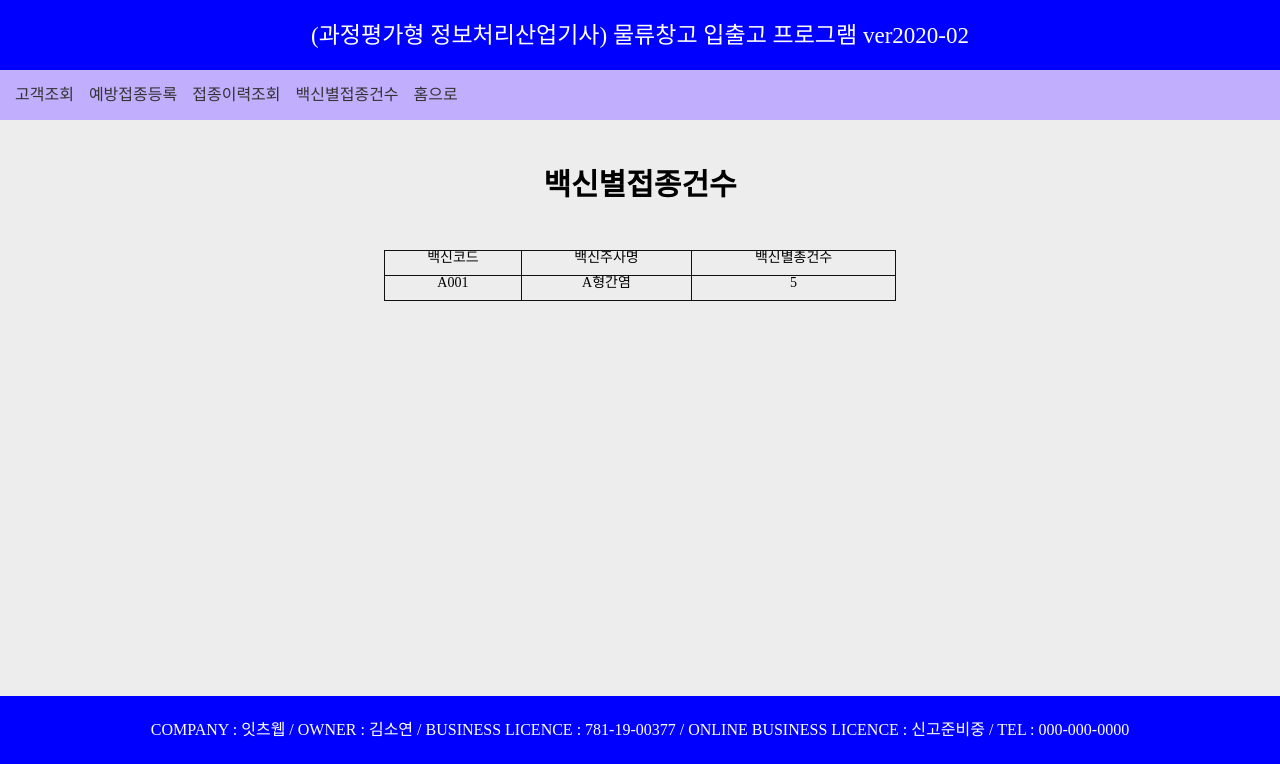
Repository: myeongwoo95/Engineer-Information-Processing
Page: http://localhost/Vaccination/vaccinationlist.do
An editor plug-in stored every save of this project. The page is shown before and after the next save, followed by the edit.
The browser window is 1280 px wide. The pictures show the whole page.
The page is served by Tomcat 9. Other server files are loaded and not shown.

Above is the page before, as saved 2021-06-30 02:42:14.

### Vaccination/src/main/webapp/vaccinationlist.jsp
<%@ page language="java" contentType="text/html; charset=UTF-8"
    pageEncoding="UTF-8"%>

<!DOCTYPE html>
<html>
<head>
	<meta charset="UTF-8">
    <meta http-equiv="X-UA-Compatible" content="IE=edge">
    <meta name="viewport" content="width=device-width, initial-scale=1.0">

    <link rel="stylesheet" href="css/reset.css">
	<link rel="stylesheet" href="css/common.css">
	<link rel="stylesheet" href="css/main.css">

	<title>백신별접종건수</title>
</head>
<body>
	<%@include file="header.jsp"%>

	<section class="main-section saleslist-section">
		<h1>백신별접종건수</h1>
		<table>
			<tr>
				<th>백신코드</th>
				<th>백신주사명</th>
				<th>백신별총건수</th>
			</tr>

			<tr>
				<td>A001</td>
				<td>A형간염</td>
				<td>5</td>
			</tr>

		</table>
	</section>

	<%@include file="footer.jsp"%>

</body>
</html>

### Vaccination/src/main/webapp/header.jsp
<%@ page language="java" contentType="text/html; charset=UTF-8"
    pageEncoding="UTF-8"%>
<%@ taglib uri="http://java.sun.com/jsp/jstl/core" prefix="c"%>
<%@ taglib uri="http://java.sun.com/jsp/jstl/fmt" prefix="fmt"%>
<%@ taglib uri="http://java.sun.com/jsp/jstl/functions" prefix="fn"%>

<header class="index-header">
	<h1>(과정평가형 정보처리산업기사) 물류창고 입출고 프로그램 ver2020-02</h1>
	<ul class="index-ul">
		<li><a href="view.do">고객조회</a></li>
		<li><a href="insert.do">예방접종등록</a></li>
		<li><a href="vaccinationlist.do">접종이력조회</a></li>
		<li><a href="vaccinelist.do">백신별접종건수</a></li>
		<li><a href="index.do">홈으로</a></li>
	</ul>
</header>

### Vaccination/src/main/webapp/footer.jsp
<%@ page language="java" contentType="text/html; charset=UTF-8"
    pageEncoding="UTF-8"%>

<footer class="index-footer">
	COMPANY : 잇츠웹 / OWNER : 김소연 / BUSINESS LICENCE : 781-19-00377 / ONLINE BUSINESS LICENCE : 신고준비중 / TEL : 000-000-0000
</footer>

### Vaccination/src/main/java/Controller/Controller.java
package Controller;

import java.io.IOException;

import javax.servlet.RequestDispatcher;
import javax.servlet.ServletException;
import javax.servlet.annotation.WebServlet;
import javax.servlet.http.HttpServlet;
import javax.servlet.http.HttpServletRequest;
import javax.servlet.http.HttpServletResponse;

@WebServlet("*.do")
public class Controller extends HttpServlet {
	private static final long serialVersionUID = 1L;
    public Controller() {
        super();
    }

	protected void doGet(HttpServletRequest request, HttpServletResponse response) throws ServletException, IOException {
		executeDO(request, response);
	}

	protected void doPost(HttpServletRequest request, HttpServletResponse response) throws ServletException, IOException {
		executeDO(request, response);
	}

	protected void executeDO(HttpServletRequest request, HttpServletResponse response) throws ServletException, IOException {
		String url = request.getRequestURI();
		String conText = request.getContextPath();
		String doExe = url.substring(conText.length());

		String viewPage = null;

		switch(doExe) {
		case "/index.do":
			viewPage = "index.jsp";
			break;

		case "/view.do":
			viewPage = "view.jsp";
			break;

		case "/insert.do":
			viewPage = "insert.jsp";
			break;

		case "/vaccinelist.do":
			viewPage = "vaccinelist.jsp";
			break;

		case "/vaccinationlist.do":
			viewPage = "vaccinationlist.jsp";
			break;


		}



		if(viewPage != null) {
			RequestDispatcher rd = request.getRequestDispatcher(viewPage);
			rd.forward(request, response);
		}

	}

}

### Vaccination/src/main/webapp/css/reset.css
@charset "UTF-8";

/* http://meyerweb.com/eric/tools/css/reset/
   v2.0 | 20110126
   License: none (public domain)
*/

html, body, div, span, applet, object, iframe,
h1, h2, h3, h4, h5, h6, p, blockquote, pre,
a, abbr, acronym, address, big, cite, code,
del, dfn, em, img, ins, kbd, q, s, samp,
small, strike, tt, var,
b, u, i, center,
dl, dt, dd, ol, ul, li,
fieldset, form, label, legend,
table, caption, tbody, tfoot, thead, tr, th, td,
article, aside, canvas, details, embed,
figure, figcaption, footer, header, hgroup,
menu, nav, output, ruby, section, summary,
time, mark, audio, video {
    margin: 0;
    padding: 0;
    border: 0;
    font-size: 100%;
    font: inherit;
    vertical-align: baseline;
}

/* HTML5 display-role reset for older browsers */
article, aside, details, figcaption, figure,
footer, header, hgroup, menu, nav, section {
    display: block;
}
body {
    line-height: 1;
}
ol, ul {
    list-style: none;
}
blockquote, q {
    quotes: none;
}
blockquote:before, blockquote:after,
q:before, q:after {
    content: '';
    content: none;
}
table {
    border-collapse: collapse;
    border-spacing: 0;
}

### Vaccination/src/main/webapp/css/common.css
/*================================================================
# margin
=================================================================*/
.mr-5 {margin-right: 5px;}
.ml-5 {margin-left: 5px;}
.mt-5 {margin-top: 5px;}
.mb-5 {margin-bottom: 5px;}
.mr-10 {margin-right: 10px;}
.ml-10 {margin-left: 10px;}
.mt-10 {margin-top: 10px;}
.mb-10 {margin-bottom: 10px;}
.mr-15 {margin-right: 15px;}
.ml-15 {margin-left: 15px;}
.mt-15 {margin-top: 15px;}
.mb-15 {margin-bottom: 15px;}
.mr-20 { margin-right: 20px;}
.ml-20 {margin-left: 20px;}
.mt-20 {margin-top: 20px;}
.mb-20 {margin-bottom: 20px;}
.mr-25 {margin-right: 25px;}
.ml-25 {margin-left: 25px;}
.mt-25 {margin-top: 25px;}
.mb-25 {margin-bottom: 25px;}
.mr-30 {margin-right: 30px;}
.ml-30 {margin-left: 30px;}
.mt-30 {margin-top: 30px;}
.mb-30 {margin-bottom: 30px;}
.mr-35 {margin-right: 35px;}
.ml-35 {margin-left: 35px;}
.mt-35 {margin-top: 35px;}
.mb-35 {margin-bottom: 35px;}
.mr-40 {margin-right: 40px;}
.ml-40 {margin-left: 40px;}
.mt-40 {margin-top: 40px;}
.mb-40 {margin-bottom: 40px;}
.mr-45 {margin-right: 45px;}
.ml-45 { margin-left: 45px;}
.mt-45 {margin-top: 45px;}
.mb-45 {margin-bottom: 45px;}
.mr-50 {margin-right: 50px;}
.ml-50 {margin-left: 50px;}
.mt-50 {margin-top: 50px;}
.mb-50 {margin-bottom: 50px;}
.mr-55 {margin-right: 55px;}
.ml-55 {margin-left: 55px;}
.mt-55 {margin-top: 55px;}
.mb-55 {margin-bottom: 55px;}
.mr-60 {margin-right: 60px;}
.ml-60 {margin-left: 60px;}
.mt-60 {margin-top: 60px;}
.mb-60{margin-bottom: 60;}
.mr-65 {margin-right: 65px;}
.ml-65 {margin-left: 65px;}
.mt-65 {margin-top: 65px;}
.mb-65 {margin-bottom: 65px;}
.mr-70 {margin-right: 70px;}
.ml-70 {margin-left: 70px;}
.mt-70 {margin-top: 70px;}
.mb-70 {margin-bottom: 70px;}
.mr-75 {margin-right: 75px;}
.ml-75 {margin-left: 75px;}
.mt-75 {margin-top: 75px;}
.mb-75 {margin-bottom: 75px;}
.mr-80 {margin-right: 80px;}
.ml-80 {margin-left: 80px;}
.mt-80 {margin-top: 80px;}
.mb-80 {margin-bottom: 80px;}
.mr-85 {margin-right: 85px;}
.ml-85 {margin-left: 85px;}
.mt-85 {margin-top:85px;}
.mb-85 {margin-bottom: 85px;}
.mr-90 {margin-right: 90px;}
.ml-90 {margin-left: 90px;}
.mt-90 {margin-top:90px;}
.mb-90 {margin-bottom: 90px;}
.mr-95 {margin-right: 95px;}
.ml-95 {margin-left: 95px;}
.mt-95 {margin-top: 95px;}
.mb-95 {margin-bottom: 95px;}
.mr-100 {margin-right: 100px;}
.ml-100 {margin-left: 100px;}
.mt-100 {margin-top: 100px;}
.mb-100 {margin-bottom: 100px;}
.mr-110 {margin-right: 110px;}
.ml-110 {margin-left: 110px;}
.mt-110 {margin-top:110px;}
.mb-110 {margin-bottom: 110px;}
.mr-120 {margin-right: 120px;}
.ml-120 {margin-left: 120px;}
.mt-120 {margin-top: 120px;}
.mb-120 {margin-bottom: 120px;}
.mr-130 {margin-right: 130px;}
.ml-130 {margin-left: 130px;}
.mt-130 {margin-top: 130px;}
.mb-130 {margin-bottom: 130px;}
.mr-140 {margin-right: 140px;}
.ml-140 {margin-left: 140px;}
.mt-140 {margin-top:140px;}
.mb-140 {margin-bottom: 140px;}
.mr-150 {margin-right: 150px;}
.ml-150 {margin-left: 150px;}
.mt-150 {margin-top: 150px;}
.mb-150 {margin-bottom: 150px;}
.mr-160 {margin-right: 160px;}
.ml-160 {margin-left: 160px;}
.mt-160 {margin-top:160px;}
.mb-160 {margin-bottom: 160px;}
.mr-170 {margin-right: 170px;}
.ml-170 {margin-left: 170px;}
.mt-170 {margin-top:170px;}
.mb-170 {margin-bottom: 170px;}
.mr-180 {margin-right: 180px;}
.ml-180 {margin-left: 180px;}
.mt-180 {margin-top:180px;}
.mb-180 {margin-bottom: 180px;}
.mr-190 {margin-right: 190px;}
.ml-190 {margin-left: 190px;}
.mt-190 {margin-top:190px;}
.mb-190 {margin-bottom: 190px;}
.mr-200 {margin-right: 200px;}
.ml-200 {margin-left: 200px;}
.mt-200 {margin-top:200px;}
.mb-200 {margin-bottom: 200px;}
.mr-210 {margin-right: 210px;}
.ml-210 {margin-left: 210px;}
.mt-210 {margin-top:210px;}
.mb-210 {margin-bottom: 210px;}
.mr-220 {margin-right: 220px;}
.ml-220 {margin-left: 220px;}
.mt-220 {margin-top: 220px;}
.mb-220 {margin-bottom: 220px;}
.mr-230 {margin-right: 230px;}
.ml-230 {margin-left: 230px;}
.mt-230 {margin-top: 230px;}
.mb-230 {margin-bottom: 230px;}
.mr-240 {margin-right: 240px;}
.ml-240 {margin-left: 240px;}
.mt-240 {margin-top: 240px;}
.mb-240 {margin-bottom: 240px;}
.mr-250 {margin-right: 250px;}
.ml-250 {margin-left: 250px;}
.mt-250 {margin-top: 250px;}
.mb-250 {margin-bottom: 250px;}
.mr-260 {margin-right: 260px;}
.ml-260 {margin-left: 260px;}
.mt-260 {margin-top: 260px;}
.mb-260 {margin-bottom: 260px;}
.mr-270 {margin-right: 270px;}
.ml-270 {margin-left: 270px;}
.mt-270 {margin-top: 270px;}
.mb-270 {margin-bottom: 270px;}
.mr-280 {margin-right: 280px;}
.ml-280 {margin-left: 280px;}
.mt-280 {margin-top: 280px;}
.mb-280 {margin-bottom: 280px;}
.mr-290 {margin-right: 290px;}
.ml-290 {margin-left: 290px;}
.mt-290 {margin-top: 290px;}
.mb-290 {margin-bottom: 290px;}
.mr-300 {margin-right: 300px;}
.ml-300 {margin-left: 300px;}
.mt-300 {margin-top: 300px;}
.mb-300 {margin-bottom: 300px;}

/*================================================================
# padding
=================================================================*/
.pr-5 {padding-right: 5px;}
.pl-5 {padding-left: 5px;}
.pt-5 {padding-top: 5px;}
.pb-5 {padding-bottom: 5px;}
.pr-10 {padding-right: 10px;}
.pl-10 {padding-left: 10px;}
.pt-10 {padding-top: 10px;}
.pb-10 {padding-bottom: 10px;}
.pr-15 {padding-right: 15px;}
.pl-15 {padding-left: 15px;}
.pt-15 {padding-top: 15px;}
.pb-15 {padding-bottom: 15px;}
.pr-20 { padding-right: 20px;}
.pl-20 {padding-left: 20px;}
.pt-20 {padding-top: 20px;}
.pb-20 {padding-bottom: 20px;}
.pr-25 {padding-right: 25px;}
.pl-25 {padding-left: 25px;}
.pt-25 {padding-top: 25px;}
.pb-25 {padding-bottom: 25px;}
.pr-30 {padding-right: 30px;}
.pl-30 {padding-left: 30px;}
.pt-30 {padding-top: 30px;}
.pb-30 {padding-bottom: 30px;}
.pr-35 {padding-right: 35px;}
.pl-35 {padding-left: 35px;}
.pt-35 {padding-top: 35px;}
.pb-35 {padding-bottom: 35px;}
.pr-40 {padding-right: 40px;}
.pl-40 {padding-left: 40px;}
.pt-40 {padding-top: 40px;}
.pb-40 {padding-bottom: 40px;}
.pr-45 {padding-right: 45px;}
.pl-45 { padding-left: 45px;}
.pt-45 {padding-top: 45px;}
.pb-45 {padding-bottom: 45px;}
.pr-50 {padding-right: 50px;}
.pl-50 {padding-left: 50px;}
.pt-50 {padding-top: 50px;}
.pb-50 {padding-bottom: 50px;}
.pr-55 {padding-right: 55px;}
.pl-55 {padding-left: 55px;}
.pt-55 {padding-top: 55px;}
.pb-55 {padding-bottom: 55px;}
.pr-60 {padding-right: 60px;}
.pl-60 {padding-left: 60px;}
.pt-60 {padding-top: 60px;}
.pb-60 {padding-bottom: 60;}
.pr-65 {padding-right: 65px;}
.pl-65 {padding-left: 65px;}
.pt-65 {padding-top: 65px;}
.pb-65 {padding-bottom: 65px;}
.pr-70 {padding-right: 70px;}
.pl-70 {padding-left: 70px;}
.pt-70 {padding-top: 70px;}
.pb-70 {padding-bottom: 70px;}
.pr-75 {padding-right: 75px;}
.pl-75 {padding-left: 75px;}
.pt-75 {padding-top: 75px;}
.pb-75 {padding-bottom: 75px;}
.pr-80 {padding-right: 80px;}
.pl-80 {padding-left: 80px;}
.pt-80 {padding-top: 80px;}
.pb-80 {padding-bottom: 80px;}
.pr-85 {padding-right: 85px;}
.pl-85 {padding-left: 85px;}
.pt-85 {padding-top:85px;}
.pb-85 {padding-bottom: 85px;}
.pr-90 {padding-right: 90px;}
.pl-90 {padding-left: 90px;}
.pt-90 {padding-top:90px;}
.pb-90 {padding-bottom: 90px;}
.pr-95 {padding-right: 95px;}
.pl-95 {padding-left: 95px;}
.pt-95 {padding-top: 95px;}
.pb-95 {padding-bottom: 95px;}
.pr-100 {padding-right: 100px;}
.pl-100 {padding-left: 100px;}
.pt-100 {padding-top: 100px;}
.pb-100 {padding-bottom: 100px;}
.pr-110 {padding-right: 110px;}
.pl-110 {padding-left: 110px;}
.pt-110 {padding-top:110px;}
.pb-110 {padding-bottom: 110px;}
.pr-120 {padding-right: 120px;}
.pl-120 {padding-left: 120px;}
.pt-120 {padding-top: 120px;}
.pb-120 {padding-bottom: 120px;}
.pr-130 {padding-right: 130px;}
.pl-130 {padding-left: 130px;}
.pt-130 {padding-top: 130px;}
.pb-130 {padding-bottom: 130px;}
.pr-140 {padding-right: 140px;}
.pl-140 {padding-left: 140px;}
.pt-140 {padding-top:140px;}
.pb-140 {padding-bottom: 140px;}
.pr-150 {padding-right: 150px;}
.pl-150 {padding-left: 150px;}
.pt-150 {padding-top: 150px;}
.pb-150 {padding-bottom: 150px;}
.pr-160 {padding-right: 160px;}
.pl-160 {padding-left: 160px;}
.pt-160 {padding-top:160px;}
.pb-160 {padding-bottom: 160px;}
.pr-170 {padding-right: 170px;}
.pl-170 {padding-left: 170px;}
.pt-170 {padding-top:170px;}
.pb-170 {padding-bottom: 170px;}
.pr-180 {padding-right: 180px;}
.pl-180 {padding-left: 180px;}
.pt-180 {padding-top:180px;}
.pb-180 {padding-bottom: 180px;}
.pr-190 {padding-right: 190px;}
.pl-190 {padding-left: 190px;}
.pt-190 {padding-top:190px;}
.pb-190 {padding-bottom: 190px;}
.pr-200 {padding-right: 200px;}
.pl-200 {padding-left: 200px;}
.pt-200 {padding-top:200px;}
.pb-200 {padding-bottom: 200px;}
.pr-210 {padding-right: 210px;}
.pl-210 {padding-left: 210px;}
.pt-210 {padding-top:210px;}
.pb-210 {padding-bottom: 210px;}
.pr-220 {padding-right: 220px;}
.pl-220 {padding-left: 220px;}
.pt-220 {padding-top: 220px;}
.pb-220 {padding-bottom: 220px;}
.pr-230 {padding-right: 230px;}
.pl-230 {padding-left: 230px;}
.pt-230 {padding-top: 230px;}
.pb-230 {padding-bottom: 230px;}
.pr-240 {padding-right: 240px;}
.pl-240 {padding-left: 240px;}
.pt-240 {padding-top: 240px;}
.pb-240 {padding-bottom: 240px;}
.pr-250 {padding-right: 250px;}
.pl-250 {padding-left: 250px;}
.pt-250 {padding-top: 250px;}
.pb-250 {padding-bottom: 250px;}
.pr-260 {padding-right: 260px;}
.pl-260 {padding-left: 260px;}
.pt-260 {padding-top: 260px;}
.pb-260 {padding-bottom: 260px;}
.pr-270 {padding-right: 270px;}
.pl-270 {padding-left: 270px;}
.pt-270 {padding-top: 270px;}
.pb-270 {padding-bottom: 270px;}
.pr-280 {padding-right: 280px;}
.pl-280 {padding-left: 280px;}
.pt-280 {padding-top: 280px;}
.pb-280 {padding-bottom: 280px;}
.pr-290 {padding-right: 290px;}
.pl-290 {padding-left: 290px;}
.pt-290 {padding-top: 290px;}
.pb-290 {padding-bottom: 290px;}
.pr-300 {padding-right: 300px;}
.pl-300 {padding-left: 300px;}
.pt-300 {padding-top: 300px;}
.pb-300 {padding-bottom: 300px;}

/*================================================================
# clearfix
=================================================================*/
.clearfix::after{
    content: "";
    clear: both;
    display: block;
}
.float--left{
    float: left;
}
.float--right{
    float: right;
}

/*================================================================
# box-sizing
=================================================================*/
*,
*::before,
*::after {
  box-sizing: border-box;
}

/*================================================================
# IR 기법
=================================================================*/
/* 의미있는 이미지의 대체 텍스트를 제공하는 경우 */
/* 의미있는 이미지의 대체 텍스트로 이미지가 없어도 대체 텍스트를 보여주고자 할 때 */
/* 대체 텍스트가 아닌 접근성을 위한 숨김 텍스트를 제공할 때 */
.ir_pm {display: block; overflow: hidden; font-size: 0; line-height: 0; text-indent: -9999px;}
.ir_wa {display: block; overflow: hidden; position: relative; z-index: -1; width: 100%; height: 100%;}
.ir_su {overflow: hidden; position: absolute; width: 0; height: 0; line-height: 0; text-indent: -9999px;}

/*================================================================
# input-text
=================================================================*/
.input--text{
   height: 34px;
   padding: 0 12px;
   border: 1px solid #ddd;
   border-radius: 5px;
   box-sizing: border-box;
   outline: none;
   box-shadow: inset 0 1px 12px rgba(0, 0, 0, 0.075);
   font-size: 16px;
}

.input--text:focus{
    border-color: #51a7e8;
    box-shadow: 0 0 5px rgba(81, 167, 232, 0.5),
                inset 0 1px 12px rgba(0, 0, 0, 0.075);
 }

/* vendor Prefix for input-text*/
.input--text::-webkit-input-placeholder { color: #cacaca }
.input--text::-ms-input-placeholder { color: #cacaca }
.input--text::-moz-input-placeholder { color: #cacaca }

/*================================================================
# text-indent
=================================================================*/
.text-indent5 {text-indent: 5px;}
.text-indent10 {text-indent: 10px;}
.text-indent15 {text-indent: 15px;}
.text-indent20 {text-indent: 20px;}
.text-indent25 {text-indent: 25px;}
.text-indent30 {text-indent: 30px;}
.text-indent35 {text-indent: 35px;}
.text-indent40 {text-indent: 40px;}
.text-indent45 {text-indent: 45px;}
.text-indent50 {text-indent: 50px;}

/*================================================================
# font-weight
=================================================================*/
.fw-400 {font-weight: 400;}
.fw-500 {font-weight: 500;}
.fw-600 {font-weight: 600;}
.fw-700 {font-weight: 700;}
.fw-800 {font-weight: 800;}
.fw-900 {font-weight: 900;}

/*================================================================
# font-size
=================================================================*/
.fz-12 {font-size: 12px;}
.fz-13 {font-size: 13px;}
.fz-14 {font-size: 14px;}
.fz-15 {font-size: 15px;}
.fz-16 {font-size: 16px;}
.fz-17 {font-size: 17px;}
.fz-18 {font-size: 18px;}
.fz-19 {font-size: 19px;}
.fz-20 {font-size: 20px;}
.fz-21 {font-size: 21px;}
.fz-22 {font-size: 22px;}
.fz-23 {font-size: 23px;}
.fz-24 {font-size: 24px;}
.fz-25 {font-size: 25px;}
.fz-26 {font-size: 26px;}
.fz-27 {font-size: 27px;}
.fz-28 {font-size: 28px;}
.fz-29 {font-size: 29px;}
.fz-30 {font-size: 30px;}

### Vaccination/src/main/webapp/css/main.css
@charset "UTF-8";

body{
	font-size: 14px;
	font-weight: 400;
}

/*================================================================
# index
=================================================================*/
/* index header */
.index-header h1{
	background: blue;
	height: 70px;
	font-size: 23px;
	display: flex;
	justify-content: center;
	align-items: center;
	color: #fff;
}

.index-header ul{
	background: rgb(193,174,253);
	display: flex;
	height: 50px;
	align-items: center;
}

.index-header ul li {
	margin-left: 15px;
}

.index-header ul li a{
	text-decoration: none;
	color: #333;
	font-size: 16px;
	font-weight: 500;
}

/* index section */
.main-section{
	height: 80vh;
	background: rgb(237,237,237);
}

.index-section h2{
	font-size: 30px;
	color: #333;
	text-align: center;
	padding-top: 50px;
	margin-bottom: 50px;
	font-weight: 800;
}

.index-section p{
	font-size : 15px;
	font-weight: 500;
	margin-left: 10px;
	margin-bottom: 20px;
}

/* index footer */
.index-footer{
	height: 68px;
	background: blue;
	display: flex;
	justify-content: center;
	align-items: center;
	color: white;
	font-size: 16px;
	font-weight: 500;
}

/*================================================================
# view
=================================================================*/
.view-section h1{
	text-align: center;
	font-size: 30px;
	font-weight: 800;
	padding-top: 50px;
	margin-bottom: 50px;
}

.view-section table{
	border: 1px solid #111;
	width: 40%;
	margin: 0 auto;
	padding-top: 50px;
}

.view-section table th{
	text-align: center;
	height: 25px;
	border: 1px solid #111;
	vertical-align: center;
}

.view-section table td{
	text-align: center;
	height: 25px;
	border: 1px solid #111;
	vertical-align: center;
}

/*================================================================
# insert
=================================================================*/
.insert-section h1{
	text-align: center;
	font-size: 30px;
	font-weight: 800;
	padding-top: 50px;
	margin-bottom: 50px;
}

.insert-section table{
	border: 1px solid #111;
	width: 40%;
	margin: 0 auto;
	padding-top: 50px;
}

.insert-section table th{
	text-align: center;
	height: 25px;
	border: 1px solid #111;
	vertical-align: center;
}

.insert-section table td{
	text-align: left;
	height: 25px;
	border: 1px solid #111;
	vertical-align: center;
}

.insert-section .btnlist{
	margin-top:10px;
	display: flex;
	justify-content: center;
}

.insert-section .btnlist input{
	margin-right: 10px;
}

/*================================================================
# inputoutputlist
=================================================================*/
.inputoutputlist-section h1{
	text-align: center;
	font-size: 30px;
	font-weight: 800;
	padding-top: 50px;
	margin-bottom: 50px;
}

.inputoutputlist-section table{
	border: 1px solid #111;
	width: 40%;
	margin: 0 auto;
	padding-top: 50px;
}

.inputoutputlist-section table th{
	text-align: center;
	height: 25px;
	border: 1px solid #111;
	vertical-align: center;
}

.inputoutputlist-section table td{
	text-align: center;
	height: 25px;
	border: 1px solid #111;
	vertical-align: center;
}

/*================================================================
# saleslist
=================================================================*/

.saleslist-section h1{
	text-align: center;
	font-size: 30px;
	font-weight: 800;
	padding-top: 50px;
	margin-bottom: 50px;
}

.saleslist-section table{
	border: 1px solid #111;
	width: 40%;
	margin: 0 auto;
	padding-top: 50px;
}

.saleslist-section table th{
	text-align: center;
	height: 25px;
	border: 1px solid #111;
	vertical-align: center;
}

.saleslist-section table td{
	text-align: center;
	height: 25px;
	border: 1px solid #111;
	vertical-align: center;
}

After the next save:
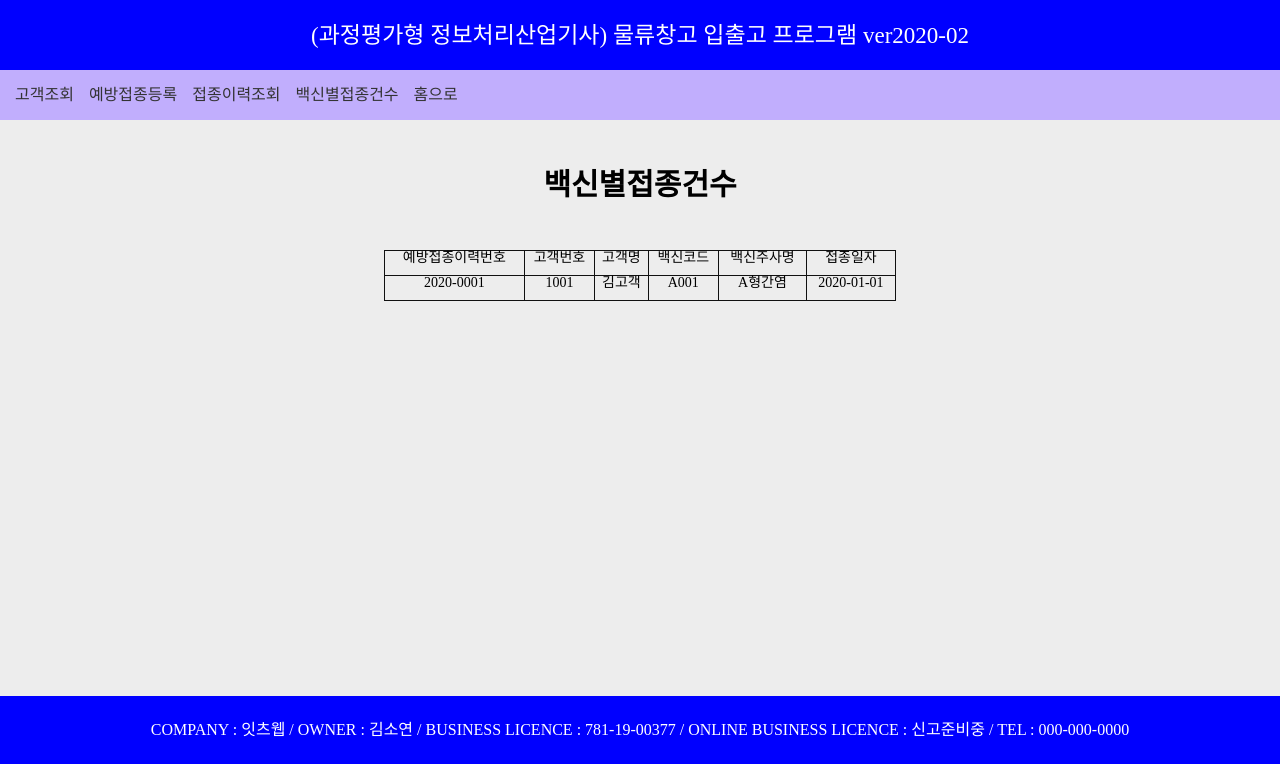
Saved 2 min 6 s later.
--- a/Vaccination/src/main/webapp/vaccinationlist.jsp
+++ b/Vaccination/src/main/webapp/vaccinationlist.jsp
@@ -21,15 +21,21 @@
 		<h1>백신별접종건수</h1>
 		<table>
 			<tr>
+				<th>예방접종이력번호</th>
+				<th>고객번호</th>
+				<th>고객명</th>
 				<th>백신코드</th>
 				<th>백신주사명</th>
-				<th>백신별총건수</th>
+				<th>접종일자</th>
 			</tr>
 
 			<tr>
+				<td>2020-0001</td>
+				<td>1001</td>
+				<td>김고객</td>
 				<td>A001</td>
 				<td>A형간염</td>
-				<td>5</td>
+				<td>2020-01-01</td>
 			</tr>
 
 		</table>
